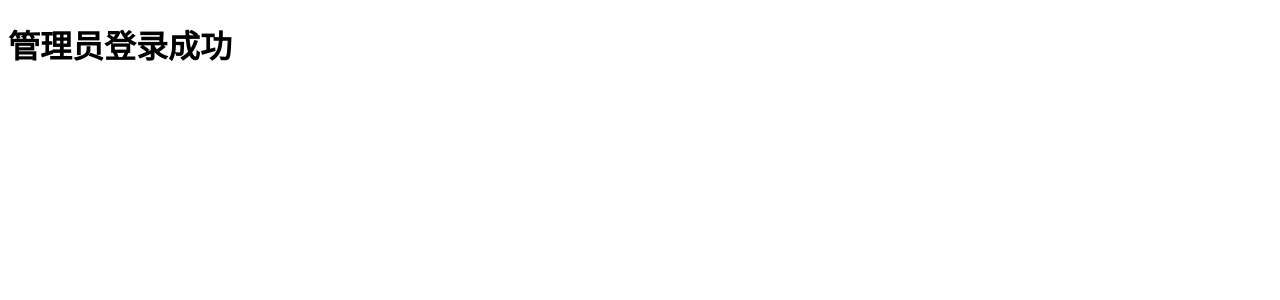
Repository: qqloli/fight
Page: http://localhost/s2sh/loginafter2.jsp
The author's editor kept a copy of each file at every save. The page is drawn from the files as they stood at one save, then again after the next save.
The browser window is 1280 px wide. The pictures show the whole page.
Some web libraries are served in a nearby version. The page is served by Tomcat 9. Nobody is signed in. The application's start-up code is not run.

Above is the page before, as saved 2019-06-19 03:27:09.

After the next save:
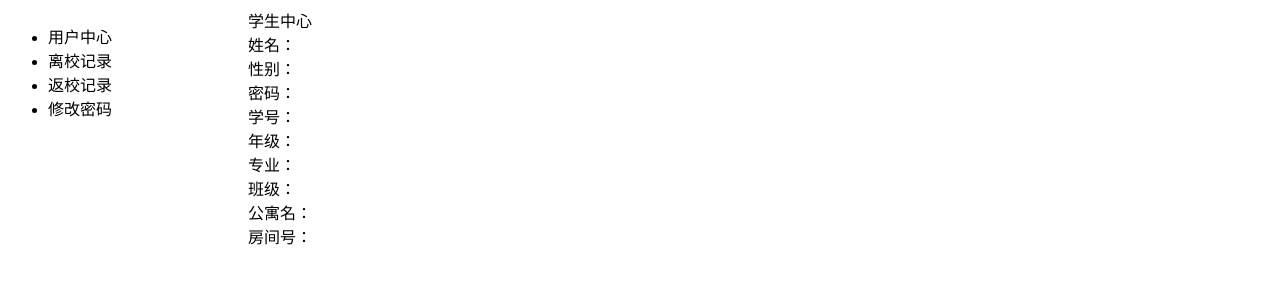
Saved 4 min 45 s later.
--- a/eclipse/s2sh/WebContent/loginafter2.jsp
+++ b/eclipse/s2sh/WebContent/loginafter2.jsp
@@ -4,9 +4,80 @@
 <html>
 <head>
 <meta http-equiv="Content-Type" content="text/html; charset=utf-8">
-<title></title>
+<title>Insert title here</title>
+<style>
+            .userMenu {
+                float: left;
+                width: 200px;
+            }
+
+            #content {
+                float: left;
+            }
+        </style>
+        <meta charset="utf-8">
+        <script src="http://code.jquery.com/jquery-1.8.0.min.js"></script>
+
 </head>
 <body>
-<h1>管理员登录成功</h1>
+
+ <div class="userWrap">
+            <ul class="userMenu">
+                <li class="current" data-id="center">用户中心</li>
+                <li data-id="likai">离校记录</li>
+                <li data-id="huilai">返校记录</li>
+                 <li data-id="xiugai">修改密码</li>
+
+            </ul>
+            <div id="content"></div>
+        </div>
+
+
+
 </body>
+
+<script>
+        $(function() {
+            $(".userMenu").on("click", "li", function() {
+                var sId = $(this).data("id"); //获取data-id的值
+                window.location.hash = sId; //设置锚点
+                loadInner(sId);
+            });
+            function loadInner(sId) {
+                var sId = window.location.hash;
+                var pathn, i;
+                switch(sId) {
+                    case "#center":
+                        pathn = "user_center.jsp";
+                        i = 0;
+                        break;
+                    case "#likai":
+                        pathn = "user_likai.jsp";
+                        i = 1;
+                        break;
+
+                    case "#huilai":
+                        pathn = "user_huilai.jsp";
+                        i = 2;
+                        break;
+
+                    case "#xiugai":
+                        pathn = "user_xiugai.jsp";
+                        i = 3;
+                        break;
+
+                    default:
+                        pathn = "user_center.jsp";
+                        i = 0;
+                        break;
+                }
+                $("#content").load(pathn); //加载相对应的内容
+                $(".userMenu li").eq(i).addClass("current").siblings().removeClass("current"); //当前列表高亮
+            }
+            var sId = window.location.hash;
+            loadInner(sId);
+        });
+    </script>
+
+
 </html>
